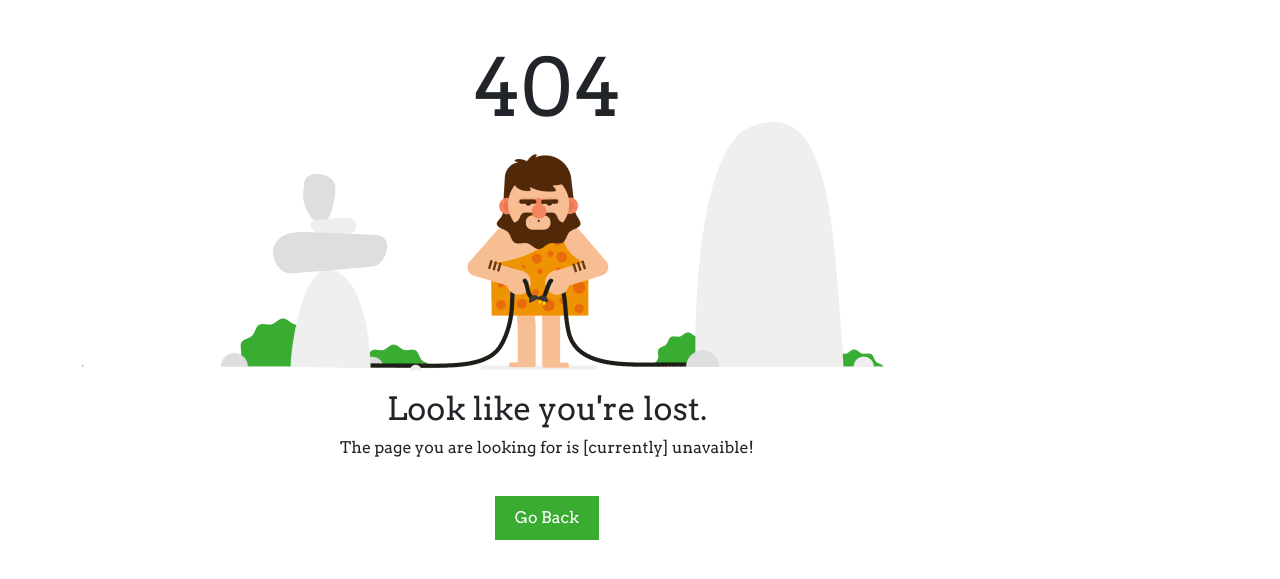
Repository: Delos-343/404-ERROR
Page: index.html
These files come from the project's save history. The page is drawn as it stood at one moment and after the next save; the edit follows.
The browser window is 1280 px wide. The pictures show the whole page.

Above is the page before, as saved 2022-04-23 16:13:41.

### index.html
<!DOCTYPE html>
<html lang="en">
<head>
    <meta charset="UTF-8">
    <meta http-equiv="X-UA-Compatible" content="IE=edge">
    <meta name="viewport" content="width=device-width, initial-scale=1.0">
    <link rel="stylesheet" href="https://cdn.jsdelivr.net/npm/bootstrap@5.1.0/dist/css/bootstrap.min.css">
    <link rel='stylesheet' href='https://fonts.googleapis.com/css?family=Arvo'>
    <link rel="stylesheet" href="style.css">
    <title>Error 404 | Delos-343</title>
</head>
<body>
    <section class="page_404">
        <div class="container">
          <div class="row">
            <div class="col-sm-12 ">
              <div class="col-sm-10 col-sm-offset-1  text-center">
                <div class="four_zero_four_bg">
                  <h1 class="text-center ">404</h1>

                </div>

                <div class="contant_box_404">
                  <h3 class="h2">
                    Look like you're lost.
                  </h3>

                  <p>The page you are looking for is [currently] unavaible!</p>

                  <a href="" class="link_404">Go Back</a>
                </div>
              </div>
            </div>
          </div>
        </div>
      </section>
</body>
</html>

### style.css
.page_404 {
  padding: 40px 0;
  background: #fff;
  font-family: "Arvo", serif;
}
.page_404 img {
  width: 100%;
}
.four_zero_four_bg {
  background-image: url(404.gif);
  height: 400px;
  background-position: center;
}
.four_zero_four_bg h1 {
  font-size: 80px;
}
.four_zero_four_bg h3 {
  font-size: 80px;
}
.link_404 {
  color: #fff !important;
  padding: 10px 20px;
  background: #39ac31;
  margin: 20px 0;
  display: inline-block;
  text-decoration: none;
}
.contant_box_404 {
  margin-top: -50px;
}

After the next save:
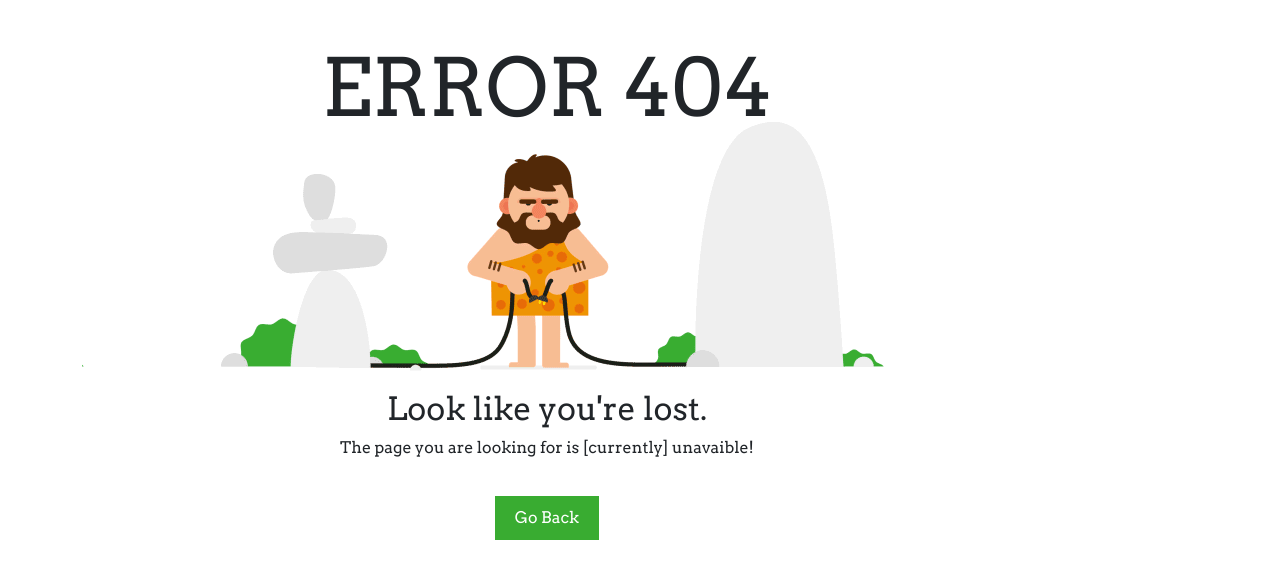
Saved 43 s later.
--- a/index.html
+++ b/index.html
@@ -16,7 +16,7 @@
             <div class="col-sm-12 ">
               <div class="col-sm-10 col-sm-offset-1  text-center">
                 <div class="four_zero_four_bg">
-                  <h1 class="text-center ">404</h1>
+                  <h1 class="text-center ">ERROR 404</h1>
 
                 </div>
 
